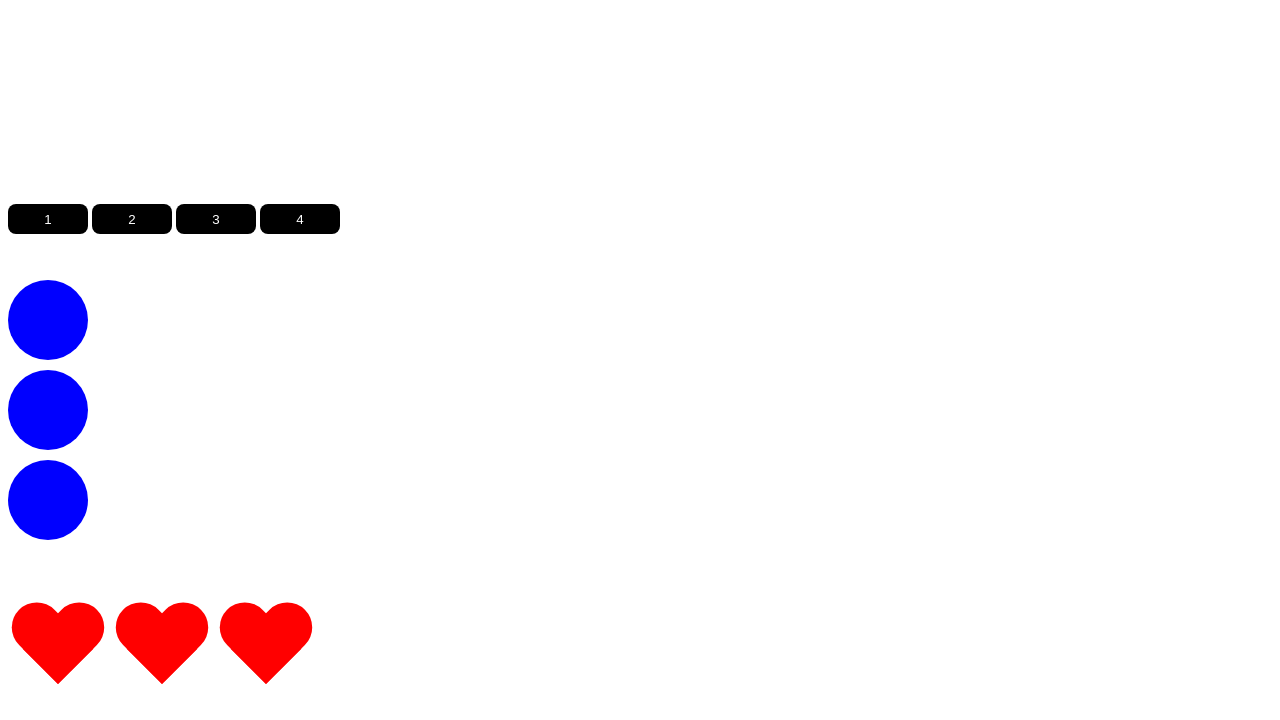
Repository: ivan151/jsudemy
Page: index.html
An editor plug-in stored every save of this project. The page is shown before and after the next save, followed by the edit.
The browser window is 1280 px wide. The pictures show the whole page.

Above is the page before, as saved 2020-05-02 09:53:04.
Console error: TypeError: Cannot read properties of null (reading 'style')

After the next save:
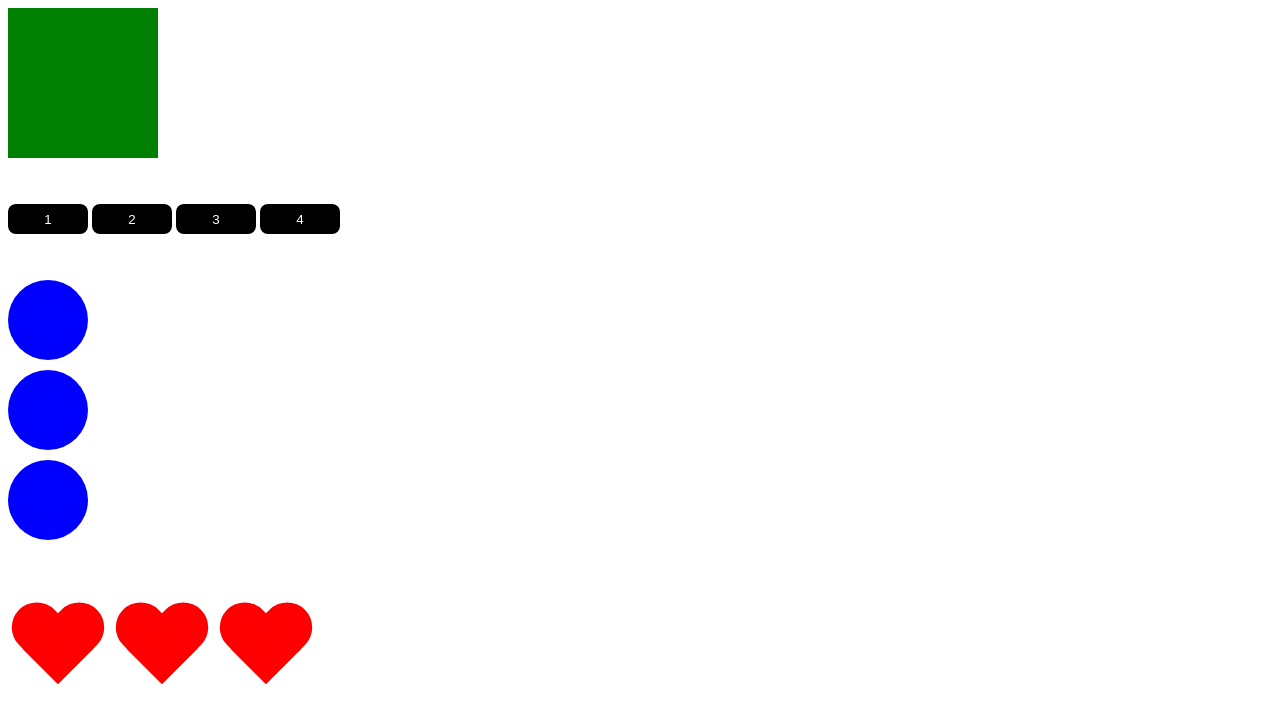
The error is gone.
Saved 91 s later.
--- a/index.html
+++ b/index.html
@@ -7,7 +7,7 @@
     <link rel="stylesheet" href="original.css">
 </head>
 <body>
-    <div class = 'box'></div>
+    <div class = 'box' id = 'box'></div>
     <br><br>
     <button>1</button>
     <button>2</button>
